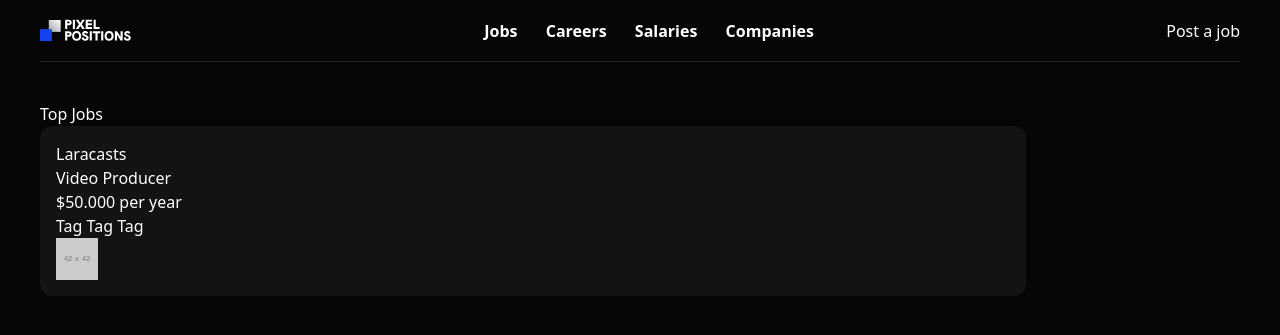
Repository: aggepap/pixel-positions-laravel
Page: http://localhost/
These files come from the project's save history. The page is drawn as it stood at one moment and after the next save; the edit follows.
The browser window is 1280 px wide. The pictures show the whole page.
The page is served by the project's Laravel application, run on PHP 8.4 with Laravel 12. Style sheets and scripts are compiled from the project's sources, by tool versions that may differ from the author's.

Above is the page before, as saved 2025-02-21 20:35:35.

After the next save:
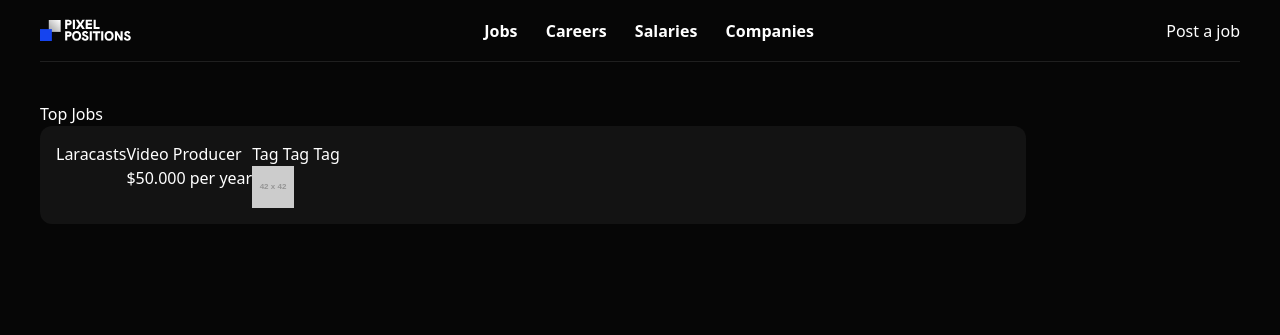
Saved 7 s later.
--- a/resources/views/welcome.blade.php
+++ b/resources/views/welcome.blade.php
@@ -2,7 +2,7 @@
     <section>
         <h3>Top Jobs</h3>
         <div class=" p-4 bg-white/5 rounded-xl flex">
-            <div class="">
+
                 <div>Laracasts</div>
                 <div><h3>Video Producer</h3>
                 <p>$50.000 per year</p></div>
@@ -15,6 +15,6 @@
                     <img src="https://placehold.co/42" alt="">
                 </div>
             </div>
-        </div>
+
     </section>
 </x-layout>
